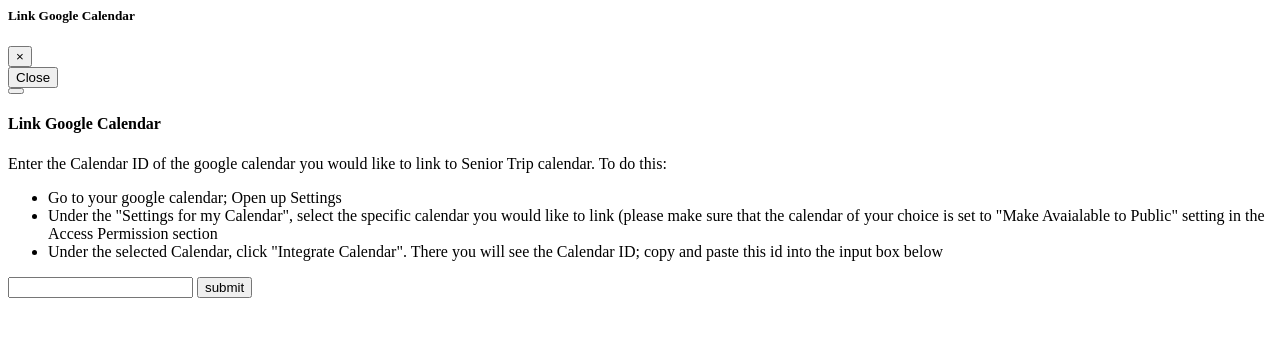
Repository: DavidGracias/florida_trip
Page: http://localhost/includes/modals/LinkCalModal.php
The author's editor kept a record of every edit. The page is drawn from the files as they stood at one moment, then again after the next edit.
The browser window is 1280 px wide. The pictures show the whole page.
The page is run by PHP 8.4 with error messages shown; the project is at /var/www/html/.

Above is the page before.

After the next edit:
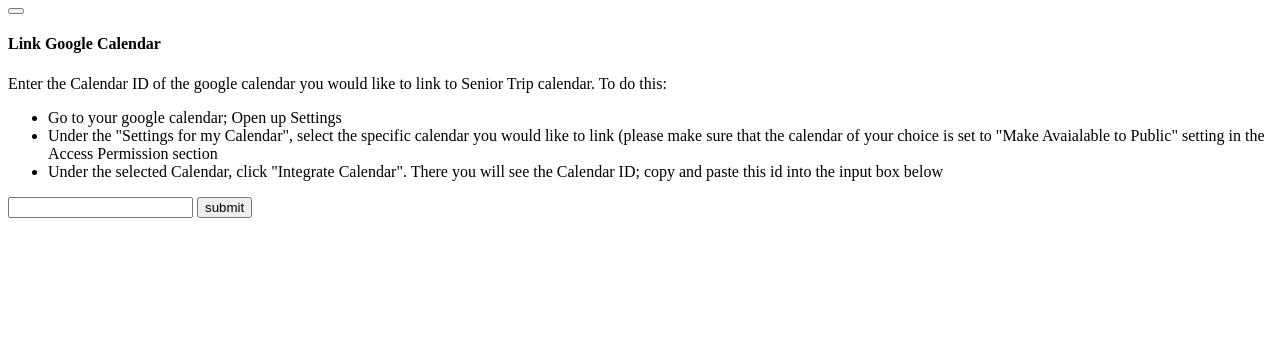
The edit:
--- a/includes/modals/LinkCalModal.php
+++ b/includes/modals/LinkCalModal.php
@@ -1,25 +1,3 @@
-<div class="modal fade" id="CalModal" tabindex="-1" role="dialog" aria-labelledby="CalModalLabel" aria-hidden="true">
-  <div class="modal-dialog" role="document">
-    <div class="modal-content">
-      <div class="modal-header">
-        <h5 class="modal-title" id="CalModalLabel">Link Google Calendar</h5>
-        <button type="button" class="close" data-dismiss="modal" aria-label="Close">
-          <span aria-hidden="true">&times;</span>
-        </button>
-      </div>
-      <div class="modal-body">
-
-
-
-      </div>
-      <div class="modal-footer">
-        <button type="button" class="btn btn-secondary" data-dismiss="modal">Close</button>
-        <!--<button type="button" class="btn btn-primary" data-dismiss='modal' >Save changes</button>-->
-      </div>
-    </div>
-  </div>
-</div>
-
 <div class="modal fade" id="CalModal" tabindex="-1" role="dialog" aria-labelledby="CalModal" aria-hidden="true">
     <div class="modal-dialog modal-lg" role="document">
         <div class="modal-content">
